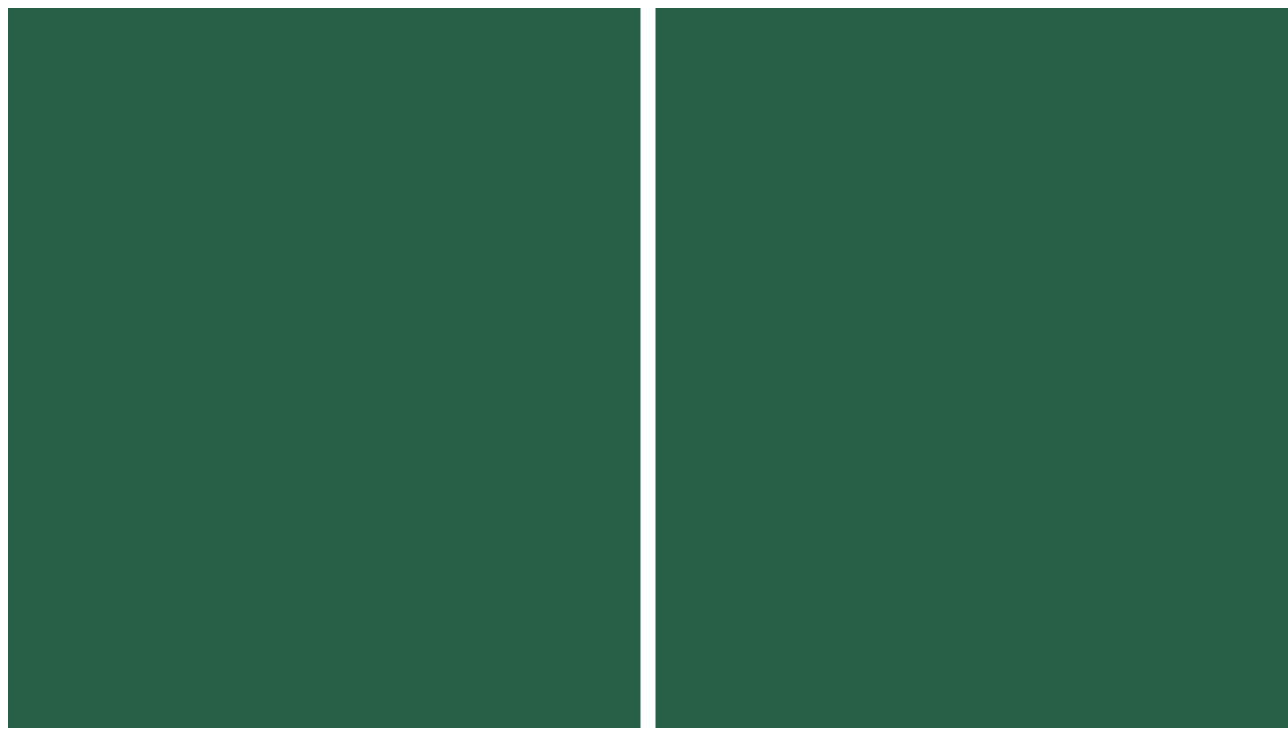
Repository: luizgaivaa/Game
Page: index.html
The author's editor kept a copy of each file at every save. The page is drawn from the files as they stood at one save, then again after the next save.
The browser window is 1280 px wide. The page is 1288 px wide, so the pictures cover 1288 px, including what lies to the right of the window. The pictures show the whole page.

Above is the page before, as saved 2024-03-26 15:56:02.

After the next save:
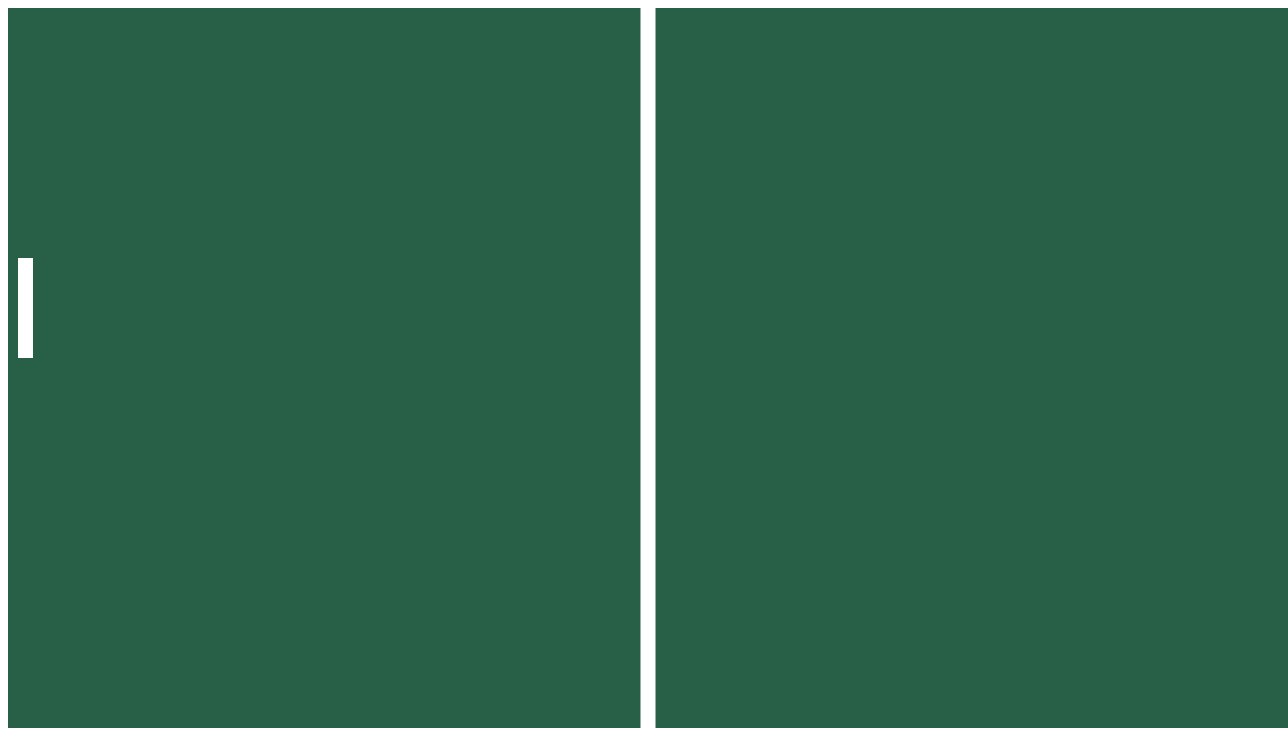
Saved 4 s later.
--- a/index.html
+++ b/index.html
@@ -28,7 +28,7 @@
             const h = window.innerHeight
 
             canvasCtx.fillRect(x,y,w,h)
-            canvasCtx.fillRect(1490,250,lineWidth,100)
+            canvasCtx.fillRect(10,250,lineWidth,100)
             canvasCtx.fillRect(1490,250,lineWidth,100)
         }
         setup()
